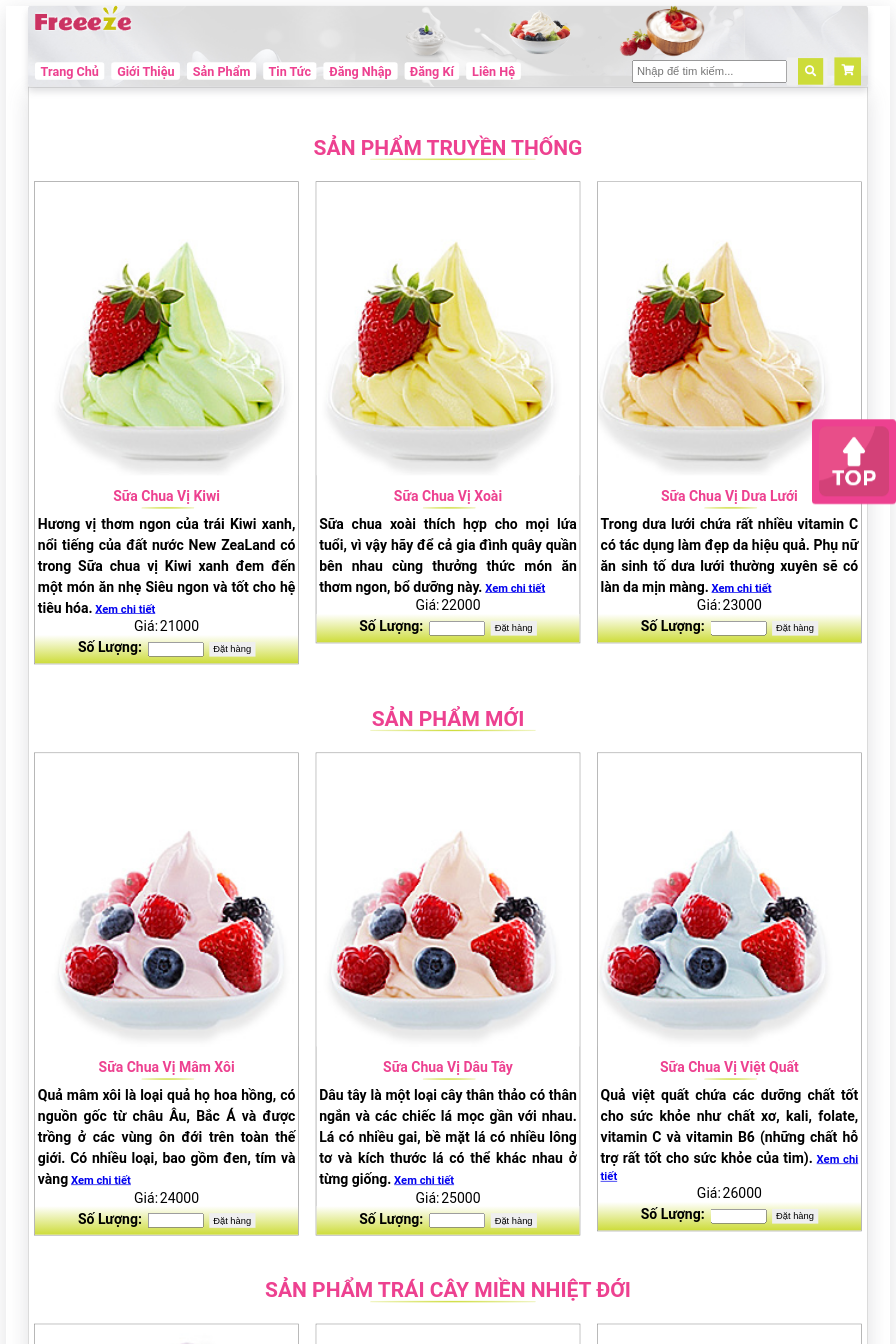
Repository: minh352623/lab1
Page: sanpham.html
The author's editor kept a copy of each file at every save. The page is drawn from the files as they stood at one save, then again after a run of saves.
The browser window is 1280 px wide. The pictures show the part of the page from y = 0 to 1920 px (the page is 2690 px tall before and 720 px after), at 70% of full size.

Above is the page before, as saved 2022-03-13 10:35:22.

After the next 2 saves:
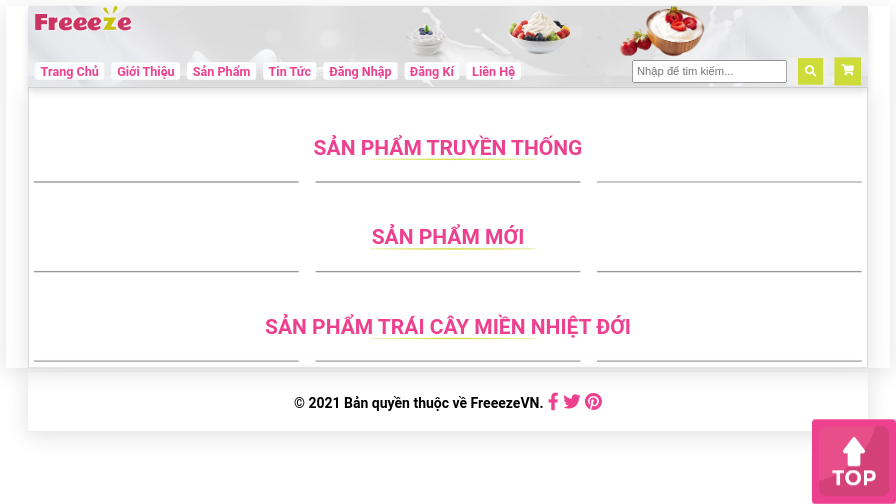
Console error: SyntaxError: Unexpected token '}'
The 2 saves are shown as one change because they came seconds apart.
The last was saved 11 s later.
--- a/js/sanpham.js
+++ b/js/sanpham.js
@@ -176,8 +176,8 @@
               alert("so lương don hang phải là số");
               return;
             }
+            list.
           }
-          list
         }
         if(isSubmit){
           e.preventDefault();

After the 2 saves that followed:
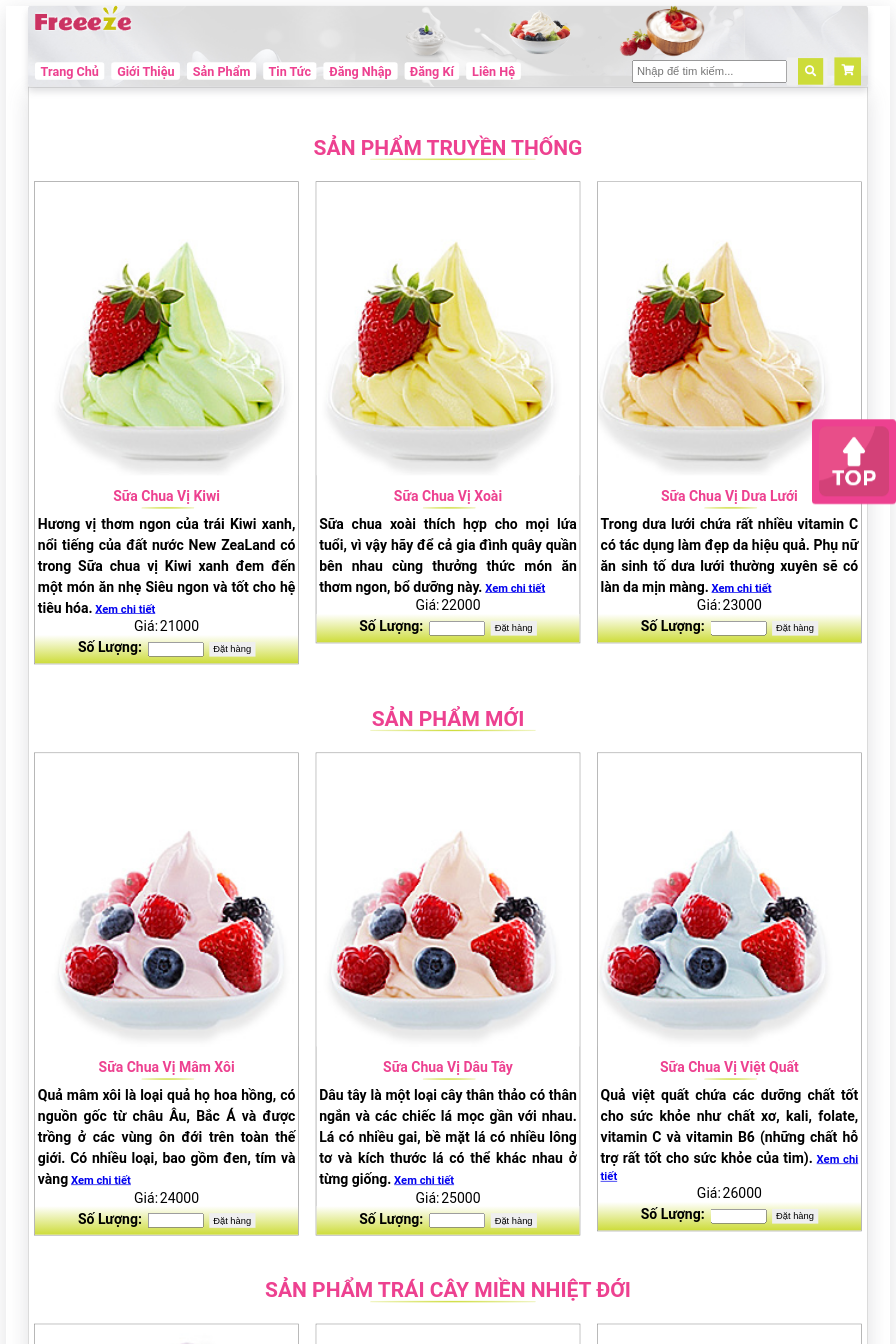
The error is gone.
The 2 saves are shown as one change because they came seconds apart.
The last was saved 9 s later.
--- a/js/sanpham.js
+++ b/js/sanpham.js
@@ -176,7 +176,7 @@
               alert("so lương don hang phải là số");
               return;
             }
-            list.
+            list
           }
         }
         if(isSubmit){
